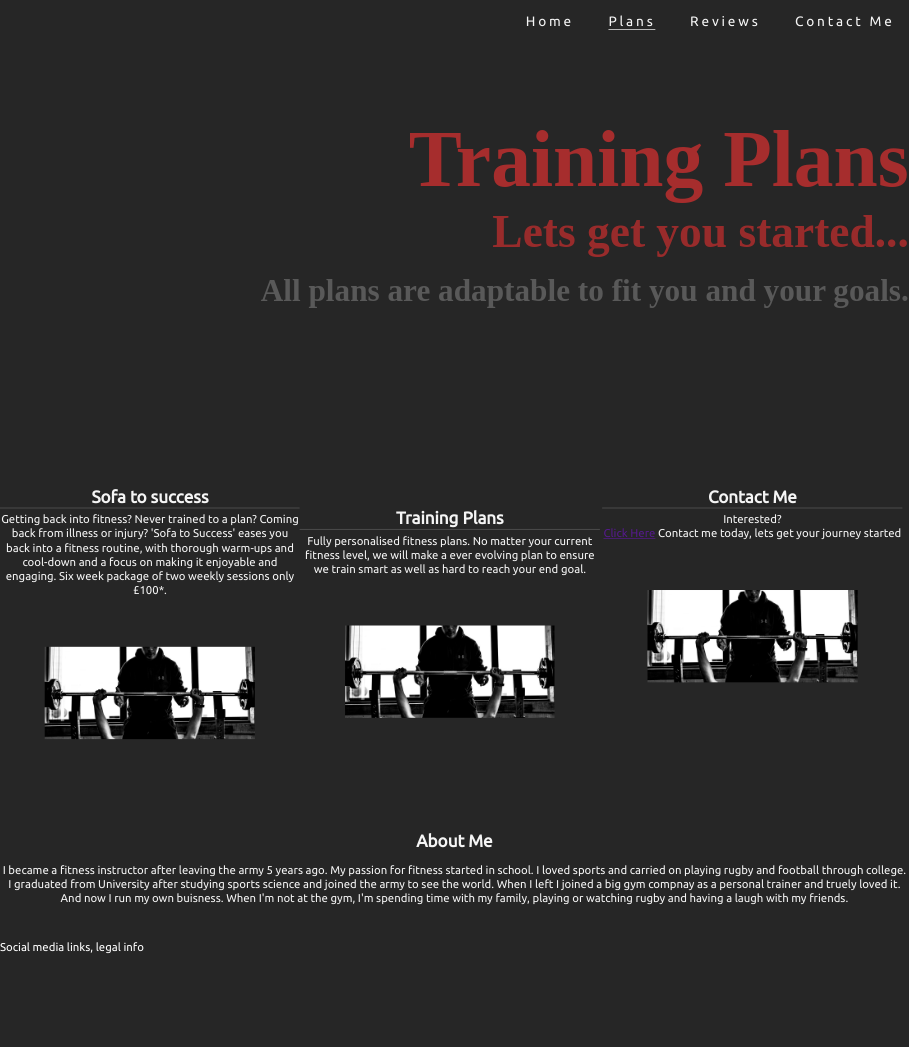
Repository: ClaireRoberts1403/Joe-Bloggs-Personal-Trainer
Page: html/plans.html
The author's editor kept a record of every edit. The page is drawn from the files as they stood at one moment, then again after the next edit.
The browser window is 1280 px wide. The pictures show the whole page, at 71% of full size.
Some web fonts or font styles are not loaded; a fallback is used.

Above is the page before.

After the next edit:
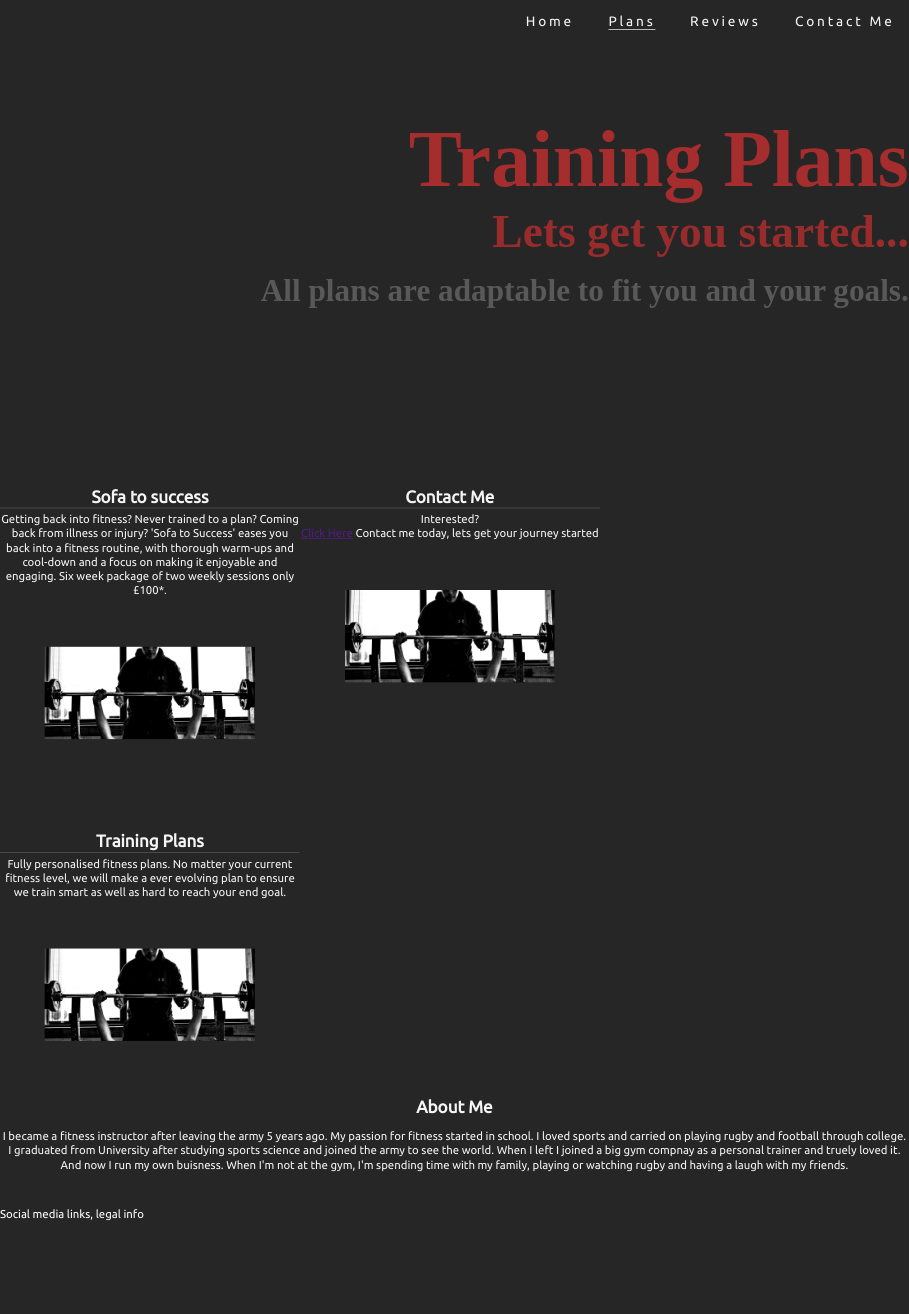
The edit:
--- a/html/plans.html
+++ b/html/plans.html
@@ -61,7 +61,7 @@
 
 				</li>
 		</div>
-		<div class="about-plans">
+		<div class="plan-1">
 			<h2>Training Plans<i class="#"></i></h2>
 			<hr>
 			<p>Fully personalised fitness plans. No matter your current fitness level, we will make a ever evolving plan to ensure we train smart as well as hard to reach your end goal.</p>
